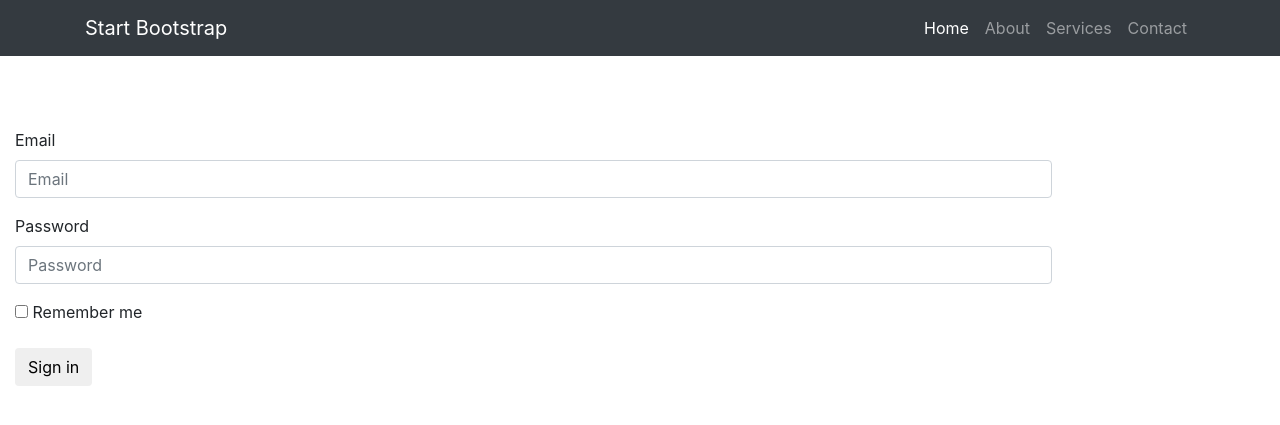
Repository: lukawitch/DB_Homework
Page: http://localhost/DB_Gallary/CdeleteForm.jsp
An editor plug-in stored every save of this project. The page is shown before and after the next save, followed by the edit.
The browser window is 1280 px wide. The pictures show the whole page.
The page is served by Tomcat 9.

Above is the page before, as saved 2018-06-10 06:11:03.

After the next save:
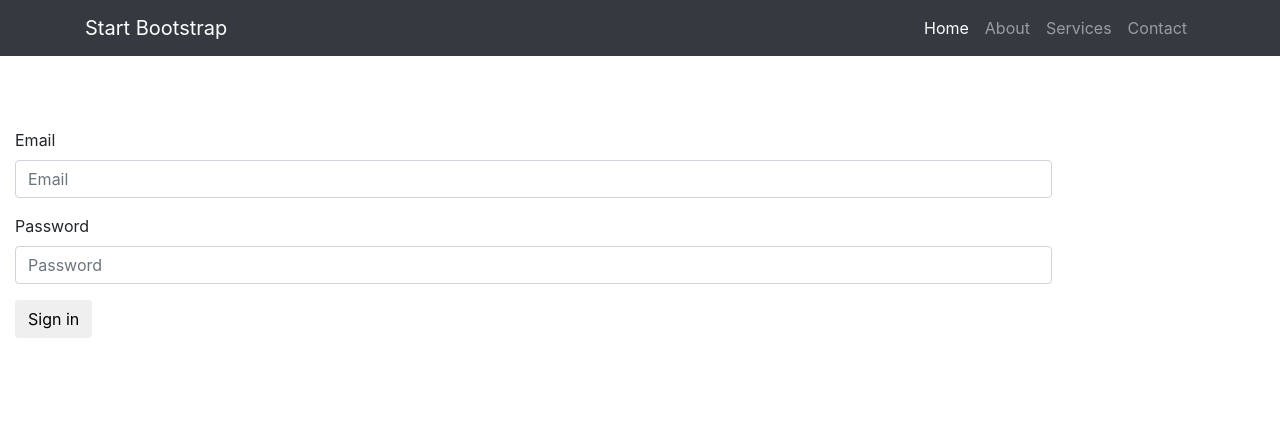
Saved 83 s later.
--- a/DB_Gallary/WebContent/CdeleteForm.jsp
+++ b/DB_Gallary/WebContent/CdeleteForm.jsp
@@ -11,7 +11,7 @@
  <br>
  <br>
  <br>
- <form class="form-horizontal">
+ <form class="form-horizontal" action="Cwrite.jsp" method="post">
   <div class="form-group">
     <label for="inputEmail3" class="col-sm-2 control-label">Email</label>
     <div class="col-sm-10">
@@ -24,15 +24,7 @@
       <input type="password" class="form-control" id="inputPassword3" placeholder="Password">
     </div>
   </div>
-  <div class="form-group">
-    <div class="col-sm-offset-2 col-sm-10">
-      <div class="checkbox">
-        <label>
-          <input type="checkbox"> Remember me
-        </label>
-      </div>
-    </div>
-  </div>
+
   <div class="form-group">
     <div class="col-sm-offset-2 col-sm-10">
       <button type="submit" class="btn btn-default">Sign in</button>
